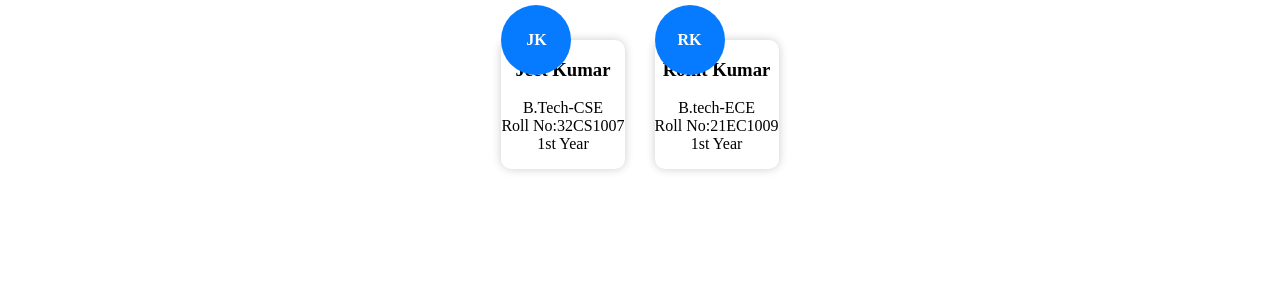
Repository: Glory998/ELCE1-32
Page: experiment8.html
An editor plug-in stored every save of this project. The page is shown before and after the next save, followed by the edit.
The browser window is 1280 px wide. The pictures show the whole page.

Above is the page before, as saved 2025-12-05 16:09:38.

After the next save:
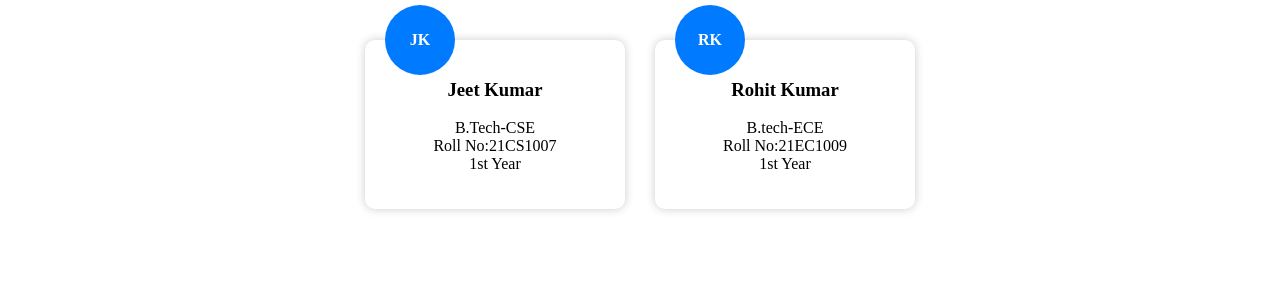
Saved 4 min 28 s later.
--- a/experiment8.html
+++ b/experiment8.html
@@ -9,7 +9,7 @@
                 margin-top:40px;
             }
             .card{
-                width:220px
+                width:220px;
                 padding:20px;
                 text-align:center;
                 background:#fff;
@@ -21,7 +21,7 @@
                 width:70px;
                 height:70px;
                 border-radius:50%;
-                background:#077bff;
+                background:#007bff;
                 color:white;
                 display:flex;
                 justify-content:center;
@@ -39,7 +39,7 @@
                 <div class="card">
                     <div class="circle">JK</div>
                     <h3>Jeet Kumar</h3>
-                    <p>B.Tech-CSE<br>Roll No:32CS1007<br>1st Year</p>
+                    <p>B.Tech-CSE<br>Roll No:21CS1007<br>1st Year</p>
                 </div>
                 <div class="card">
                     <div class="circle">RK</div>
